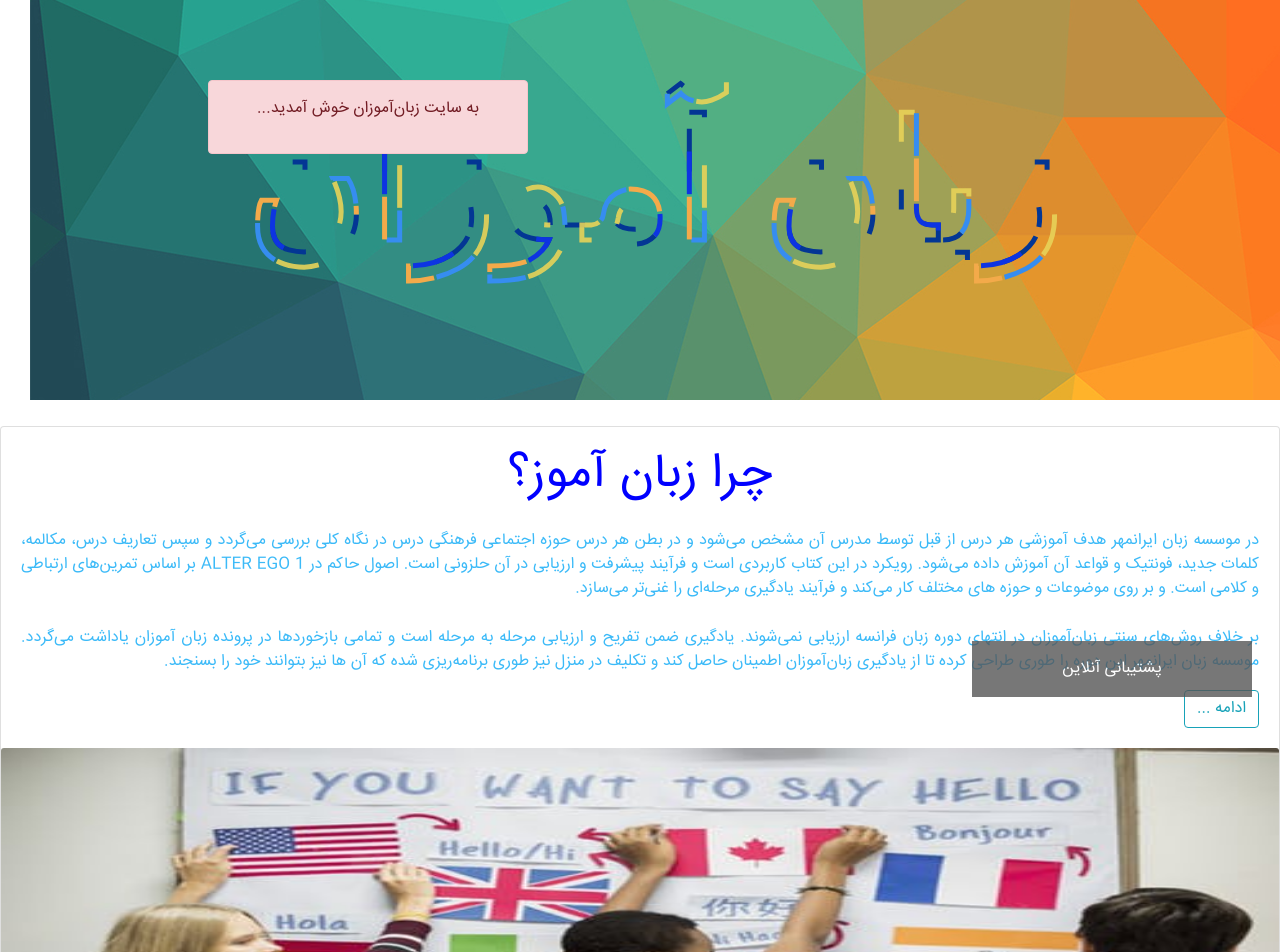
Repository: nikmahla/ZabanAmozan
Page: LanguageWebSite.html
The author's editor kept a copy of each file at every save. The page is drawn from the files as they stood at one save, then again after the next save.
The browser window is 1280 px wide. The pictures show the part of the page from y = 0 to 952 px (the page is 3961 px tall).
A picture or video elsewhere on the page could not be fetched, so the positions and the page height are approximate.

Above is the page before, as saved 2019-10-11 22:00:07.

### LanguageWebSite.html
<html lang="en">

<head>
    <meta charset="UTF-8">
    <meta name="viewport" content="width=device-width, initial-scale=1.0">
    <meta http-equiv="X-UA-Compatible" content="ie=edge">
    <link rel="stylesheet" href="css/bootstrap.css">
    <link rel="stylesheet" href="css/stylesheet.css">
    <link rel="shortcut icon" href="images/fav.jpg" title="favicon">
    <script src="jquery.min.js"></script>
    <title>Learn New Language</title>
</head>

<body class="container-fluid">

    <div class="row bg-image">
        <svg viewBox="0 0 960 300">
            <symbol id="s-text">
                <text text-anchor="middle" x="50%" y="80%"> زبان آموزان</text>
            </symbol>

            <g class="g-ants">
                <use xlink:href="#s-text" class="text-copy"></use>
                <use xlink:href="#s-text" class="text-copy"></use>
                <use xlink:href="#s-text" class="text-copy"></use>
                <use xlink:href="#s-text" class="text-copy"></use>
                <use xlink:href="#s-text" class="text-copy"></use>
            </g>
        </svg>
    </div>

    <div id="alert" class="alert alert-danger p-3 m-5">
        <p class="text-center">به سایت زبان‌آموزان خوش آمدید...</p>
    </div>

    <div class="row">
        <div class="card  " style="margin-top: 2%">
            <div class="card-body">
                <h5 class="card-title card-title-me"> چرا زبان آموز؟ </h5>
                <p class="card-body-me">در موسسه زبان ایرانمهر هدف آموزشی هر درس از قبل توسط مدرس آن مشخص می‌شود و در
                    بطن هر
                    درس حوزه اجتماعی فرهنگی درس در نگاه کلی بررسی می‌گردد و سپس تعاریف درس، مکالمه، کلمات جدید، فونتیک و
                    قواعد آن آموزش داده می‌شود. رویکرد در این کتاب کاربردی است و فرآیند پیشرفت و ارزیابی در آن حلزونی
                    است.
                    اصول حاکم در ALTER EGO 1 بر اساس تمرین‌های ارتباطی و کلامی است. و بر روی موضوعات و حوزه های مختلف
                    کار
                    می‌کند و فرآیند یادگیری مرحله‌‌ای را غنی‌تر می‌سازد.</p>
                <p class="card-body-me">
                    بر خلاف روش‌های سنتی زبان‌آموزان در انتهای دوره زبان فرانسه ارزیابی نمی‌شوند. یادگیری ضمن تفریح و
                    ارزیابی مرحله به مرحله است و تمامی بازخوردها در پرونده زبان آموزان یاداشت می‌گردد. موسسه زبان
                    ایرانمهر
                    این دوره را طوری طراحی کرده تا از یادگیری زبان‌آموزان اطمینان حاصل کند و تکلیف در منزل نیز طوری
                    برنامه‌ریزی شده که آن ها نیز بتوانند خود را بسنجند.
                </p>
                <button type="button" class="btn btn-outline-info">ادامه ...</button>

            </div>
            <img src="./images/fl031.jpg" class="card-img-top card-img" alt="">
        </div>
    </div>


    <div class="row ">
        <div class="col-md-6">
            <div class="videoplay ">
                <video class="img-fluid" autoplay="" loop="" playsinline="" muted="">
                    <source type="video/mp4" src="images/class03.mp4">
                </video>
            </div>
        </div>
        <div class="col-md-6 ">
            <h3 class="text-class">
                1.زمان مد نظرتو انتخاب کن
            </h3>
        </div>
    </div>

    <div class="row ">
        <div class="col-md-6 ">
            <h3 class="text-class">
                2.کلاستو انتخاب کن
            </h3>
        </div>
        <div class="col-md-6">
            <div class="videoplay ">
                <video class="img-fluid" autoplay="" loop="" playsinline="" muted="">
                    <source type="video/mp4" src="images/class031.mp4">
                </video>
            </div>
        </div>
    </div>

    <div class="row ">
        <div class="col-md-6">
            <div class="videoplay ">
                <video class="img-fluid" autoplay="" loop="" playsinline="" muted="">
                    <source type="video/mp4" src="images/class033.mp4">
                </video>
            </div>
        </div>
        <div class="col-md-6 ">
            <h3 class="text-class">
                3. برو کلاس
            </h3>
        </div>
    </div>

    <div class="row" style="margin-top:2% ">
        <div class="card card-box" style="width:30%">
            <img class="card-img-top" src="./images/cl8.jpg" alt="Card image">
            <div class="card-body">
                <h4 class="card-title">دوره های آموزش زبان فرانسه متوسطه بزرگسالان</h4>
                <p class="card-text">دوره های فشرده نیمه گروهی ( 6 تا 8 نفره )</p>
                <a href="#" class="btn btn-primary">مشاهده</a>
            </div>
        </div>

        <div class="card card-box" style="width:30%">
            <img class="card-img-top" src="./images/cl9.jpg" alt="Card image">
            <div class="card-body">
                <h4 class="card-title">دوره آموزش زبان فرانسه پیش متوسطه کودکان</h4>
                <p class="card-text">دوره زبان فرانسه پیش متوسطه کودکان (+A2)</p>
                <a href="#" class="btn btn-primary">مشاهده</a>
            </div>
        </div>

        <div class="card card-box" style="width:30%">
            <img class="card-img-top" src="./images/cl10.jpg" alt="Card image">
            <div class="card-body">
                <h4 class="card-title">دوره زبان فرانسه پیشرفته بزرگسالان</h4>
                <p class="card-text">دوره زبان فرانسه پیش متوسطه</p>
                <a href="#" class="btn btn-primary">مشاهده</a>
            </div>
        </div>
    </div>



    <div class="row bg">
        <h3 class="h1-list" data-shadow='dang!'>کلاسهای پاییز</h3>
    </div>



    <table class="table table-hover table-me">
        <thead>
            <tr>
                <th scope="col">#</th>
                <th scope="col">روزهای هفته</th>
                <th scope="col">کلاس</th>
                <th scope="col">استاد</th>
                <th> انتخاب</th>
            </tr>
        </thead>
        <tbody>
            <tr>
                <th scope="row">1</th>
                <td>شنبه</td>
                <td>زبان فرانسه</td>
                <td>دکتر رضایی</td>
                <td>
                    <button type="button" class="btn btn-outline-warning">مشاهده</button>
                </td>


            </tr>
            <tr>
                <th scope="row">2</th>
                <td>یکشنبه</td>
                <td>زبان فرانسه</td>
                <td>دکتر رضایی</td>
                <td>
                    <button type="button" class="btn btn-outline-warning">مشاهده</button>
                </td>

            </tr>
            <tr>
                <th scope="row">3</th>
                <td>دوشنبه</td>
                <td>زبان فرانسه</td>
                <td>دکتر رضایی</td>
                <td>
                    <button type="button" class="btn btn-outline-warning">مشاهده</button>
                </td>

            </tr>
            <tr>
                <th scope="row">4</th>
                <td>سه شنبه</td>
                <td>زبان فرانسه</td>
                <td>دکتر رضایی</td>
                <td>
                    <button type="button" class="btn btn-outline-warning">مشاهده</button>
                </td>
            </tr>
            <tr>
                <th scope="row">5</th>
                <td>چهارشنبه</td>
                <td>زبان فرانسه</td>
                <td>دکتر رضایی</td>
                <td>
                    <button type="button" class="btn btn-outline-warning">مشاهده</button>
                </td>
            </tr>
            <tr>
                <th scope="row">6</th>
                <td>پنجشنبه</td>
                <td>زبان فرانسه</td>
                <td>دکتر رضایی</td>
                <td>
                    <button type="button" class="btn btn-outline-warning">مشاهده</button>
                </td>

            </tr>
            <tr>
                <th scope="row">7</th>
                <td>جمعه</td>
                <td>زبان فرانسه</td>
                <td>دکتر رضایی</td>
                <td>
                    <button type="button" class="btn btn-outline-warning">مشاهده</button>
                </td>

            </tr>
        </tbody>
    </table>


    <button class="open-button" onclick="openForm()">پشتیبانی آنلاین</button>

    <div class="chat-popup" id="myForm">
        <form action="/action_page.php" class="form-container">
            <h5 class="text-right"> پشتیبانی زبان‌آموزان </h5>

            <label for="msg"><b> در خدمت شماست:</b></label>
            <textarea placeholder="متن ارسالی ..." name="msg" required></textarea>

            <button type="submit" class="btn">ارسال</button>
            <button type="button" class="btn cancel" onclick="closeForm()">بستن</button>
        </form>
    </div>



    <footer class="footer container-fluid">
        <div class="footer-middle">
            <div class="">
                <div class="row">
                    <div class="col-md-6 col-sm-6  ">

                        <div class="footer-pad">
                            <h4>راه های ارتباطی</h4>
                            <ul class="list-unstyled">
                                <li><a href="#"></a></li>
                                <li><a href="#">شماره تماس</a></li>
                                <li><a href="#">مشاوره حضوری</a></li>
                                <li><a href="#">ادرس ایمیل</a></li>
                                <li><a href="#">شبکه اجتماعی</a></li>

                            </ul>
                        </div>
                    </div>


                    <div class="col-md-6 col-sm-6 ">

                        <div class="footer-pad">
                            <h4> خواندیها برای شما</h4>
                            <ul class="list-unstyled">
                                <li><a href="#"> معرفی دیشکنری </a></li>
                                <li><a href="#">معرفی فیلم</a></li>
                                <li><a href="#">معرفی نرم افزار</a></li>
                                <li><a href="#">معرفی داستان</a></li>
                                <li><a href="#">معرفی سایت</a></li>
                                <li>
                                    <a href="#"></a>
                                </li>
                            </ul>
                        </div>
                    </div>

                </div>
                <div class="row">
                    <div class="col-md-12 copy">
                        <p class="text-center">&copy; حقوق مادی و معنوی سایت محفوظ است.</p>
                    </div>
                </div>


            </div>
        </div>
    </footer>

    <script >
        function openForm() {
            document.getElementById("myForm").style.display = "block";
        }

        function closeForm() {
            document.getElementById("myForm").style.display = "none";
        }
        $(document).ready(function () {
            setTimeout(function () {
                $('#alert').slideDown('slow');
            }, 3000);
        })
    </script>

</body>

</html>

### css/stylesheet.css
@font-face {
    font-family: 'iransans';
    src: url('../fonts/iransans_medium.woff2') format('woff2');
    font-weight: bold;
}

@font-face {
    font-family: 'iransans';
    src: url('../fonts/iransans_regular.woff2') format('woff2');
    font-weight: normal;
}

@font-face {
    font-family: 'iransans';
    src: url('../fonts/iransans_ultralight.woff2') format('woff2');
    font-weight: 200;
}

body {
    direction: rtl;
    text-align: right;
    margin: 0;
    font-family: 'iransans', tahoma;
}

* {
    box-sizing: border-box;
}

.videoplay {
    margin-top: 20%;
    min-width: 100%;
    min-height: 100%;
}

.text-class {
    margin-top: 45% !important;
    text-align: center;
    color: #3bbaf8
}

.bg-image {
    background-image: url('../images/bgh.png');
    height: 25rem;
    width: 100%;
}

.header-text {
    background: #8383e2;
}

.card-text {
    text-align: center;
    color: #115374;
    margin-top: 2%;
}

.card-btn {
    margin-top: 2%;
    color: blue;
}

.card-box {
    margin: 1%;
    padding: 1%;
    text-align: center;
}

.card-title-me {
    text-align: center;
    color: blue;
    font-size: 3rem;
}

.card-body-me {
    color: #3bbaf8;
    margin-top: 2%;
    text-align: justify;
}

.card-img {
    height: 25rem;
}

svg {
    display: block;
    font: 10.5em 'Montserrat';
    width: 960px;
    height: 300px;
    margin: 0 auto;
}

.text-copy {
    fill: none;
    stroke: white;
    stroke-dasharray: 6% 29%;
    stroke-width: 5px;
    stroke-dashoffset: 0%;
    animation: stroke-offset 5.5s infinite linear;
}

.text-copy:nth-child(1) {
    stroke: rgb(3, 54, 148);
    animation-delay: -1;
}

.text-copy:nth-child(2) {
    stroke: #e7d258e7;
    animation-delay: -2s;
}

.text-copy:nth-child(3) {
    stroke: rgb(54, 141, 240);
    animation-delay: -3s;
}

.text-copy:nth-child(4) {
    stroke: rgb(243, 170, 74);
    animation-delay: -4s;
}

.text-copy:nth-child(5) {
    stroke: rgb(13, 52, 226);
    animation-delay: -5s;
}

@keyframes stroke-offset {
    100% {
        stroke-dashoffset: -35%;
    }
}

.bg {
    margin: 2rem 0 2rem 0;
    text-align: center;
    background-color: rgba(243, 93, 33, 0.849);
}

.h1-list {
    margin-right: 20%;
    display: inline-block;
    color: white;
    font-size: 9em;
    text-shadow: .03em .03em 0 rgb(235, 71, 6);
}

.table-me {
    margin: 1rem 0 1rem 0;
    overflow: hidden;
}

.bt-me {
    color: orangered;
}

footer {
    width: 100%;
    background: #16222A;
    background: -webkit-linear-gradient(59deg, #3A6073, #16222A);
    background: linear-gradient(59deg, #3A6073, #16222A);
    color: white;
    margin-top: 100px;
    text-align: center;
}

footer a {
    color: #fff;
    font-size: 14px;
    transition-duration: 0.2s;
    display: inline-block;
}

footer a:hover {
    color: #FA944B;
    text-decoration: none;
}

.copy {
    font-size: 12px;
    padding: 10px;
    border-top: 1px solid #FFFFFF;
}

.footer-middle {
    padding-top: 2em;
    color: white;
}

.open-button {
    background-color: #555;
    color: white;
    padding: 16px 20px;
    border: none;
    cursor: pointer;
    opacity: 0.8;
    position: fixed;
    bottom: 23px;
    right: 28px;
    width: 280px;
}

/* The popup chat - hidden by default */

.chat-popup {
    display: none;
    position: fixed;
    bottom: 0;
    right: 15px;
    border: 3px solid #f1f1f1;
    z-index: 9;
}

/* Add styles to the form container */

.form-container {
    max-width: 300px;
    padding: 10px;
    background-color: white;
}

/* Full-width textarea */

.form-container textarea {
    width: 100%;
    padding: 15px;
    margin: 5px 0 22px 0;
    border: none;
    background: #f1f1f1;
    resize: none;
    min-height: 200px;
}

/* When the textarea gets focus, do something */

.form-container textarea:focus {
    background-color: #ddd;
    outline: none;
}

/* Set a style for the submit/send button */

.form-container .btn {
    background-color: #4CAF50;
    color: white;
    padding: 16px 20px;
    border: none;
    cursor: pointer;
    width: 100%;
    margin-bottom: 10px;
    opacity: 0.8;
}

/* Add a red background color to the cancel button */

.form-container .cancel {
    background-color: red;
}

/* Add some hover effects to buttons */

.form-container .btn:hover, .open-button:hover {
    opacity: 1;
}

#alert {
    position: fixed;
    top: 2rem;
    left: 10rem;
    width: 25%;
    display: none;
}

Loaded but not shown: css/bootstrap.css (library); node_modules/jquery/dist/jquery.min.js (library)

After the next save:
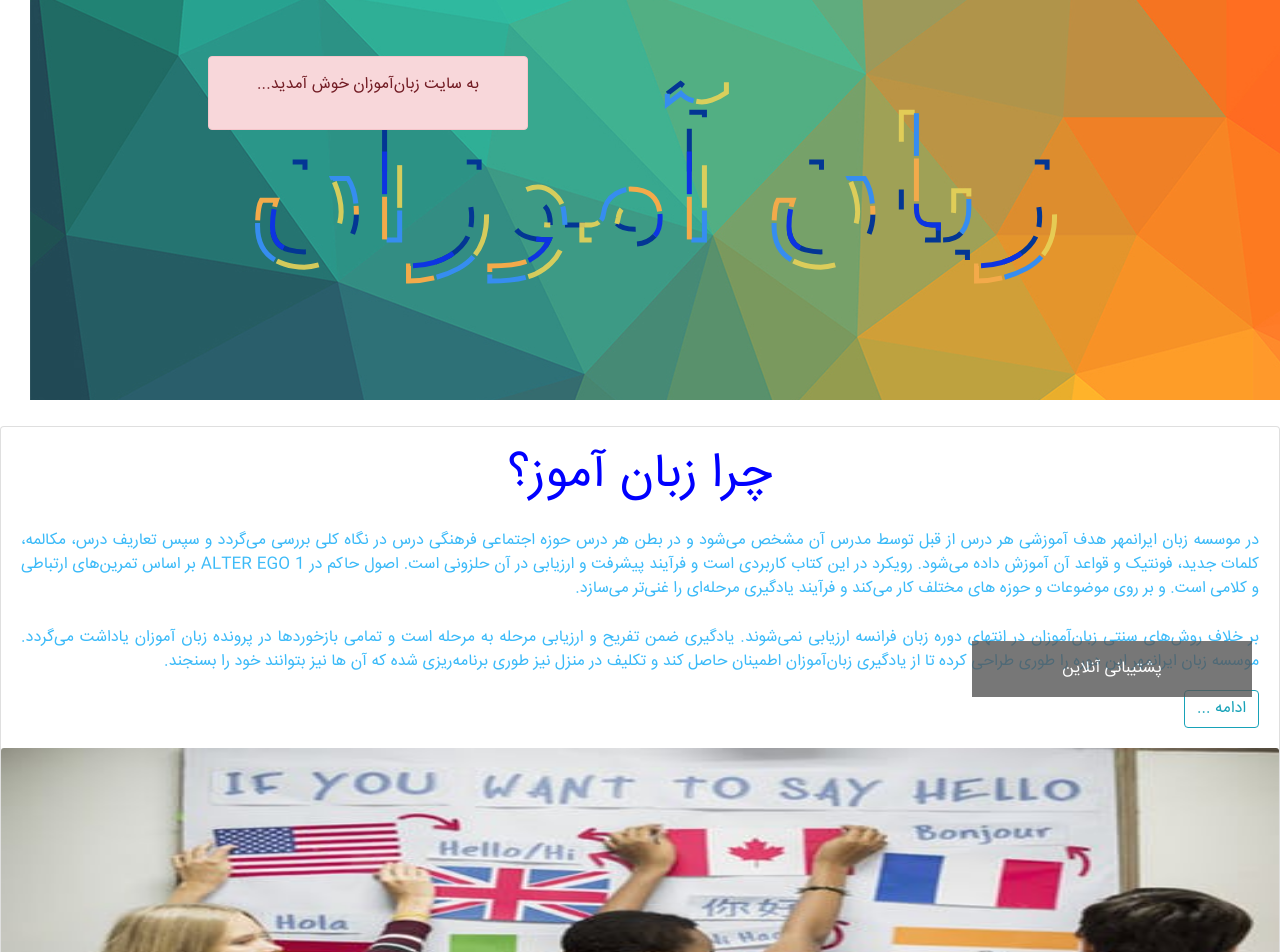
Saved 10 s later.
--- a/css/stylesheet.css
+++ b/css/stylesheet.css
@@ -264,7 +264,7 @@ footer a:hover {
 
 #alert {
     position: fixed;
-    top: 2rem;
+    top: .5rem;
     left: 10rem;
     width: 25%;
     display: none;
